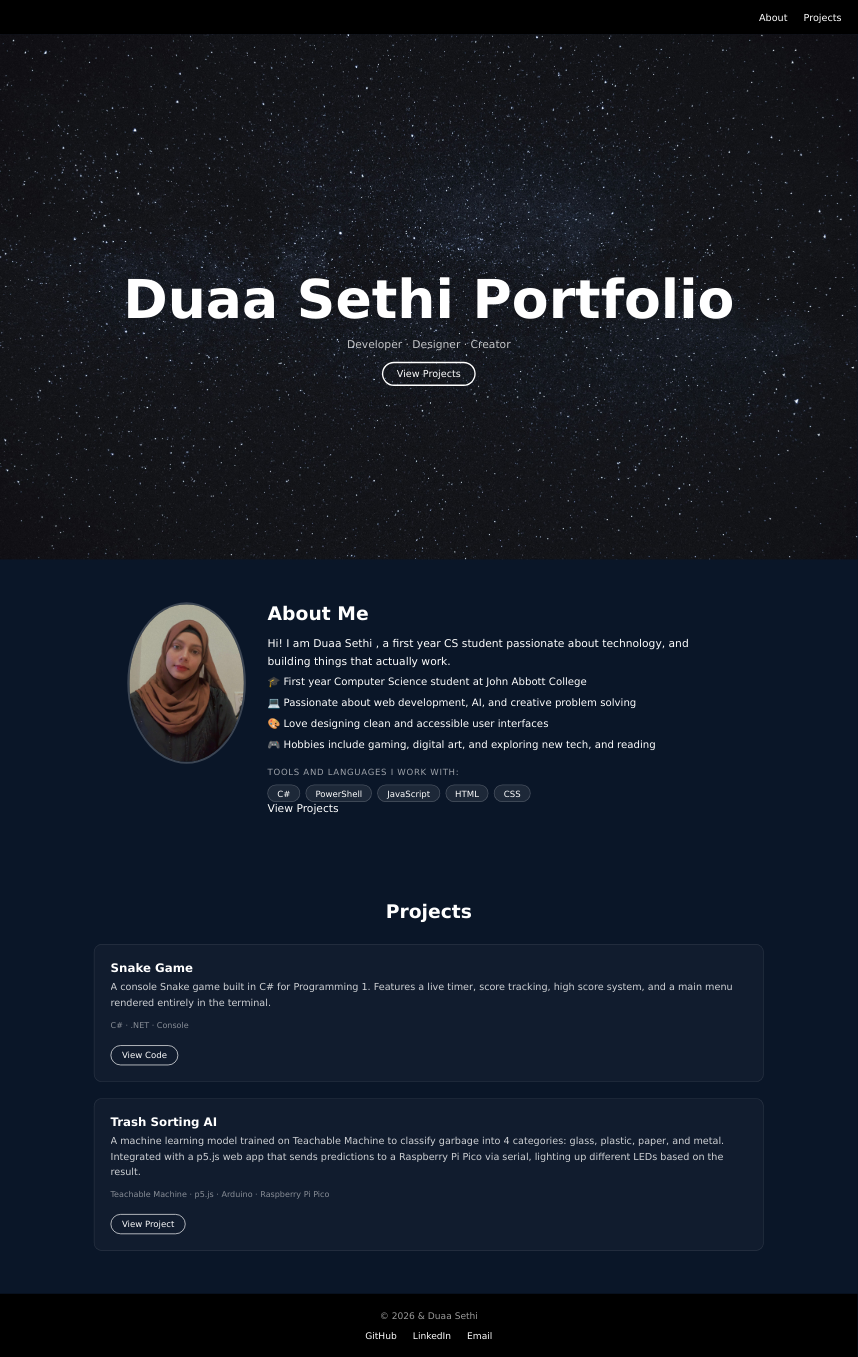
Repository: Duaa-Sethi/Duaa-Sethi
Page: index.html
The author's editor kept a copy of each file at every save. The page is drawn from the files as they stood at one save, then again after the next save.
The browser window is 1280 px wide. The pictures show the whole page, at 67% of full size.
Some web fonts or font styles are not loaded; a fallback is used.

Above is the page before, as saved 2026-05-04 17:49:07.

### index.html
<!doctype html>
<html lang="en">
  <head>
    <meta charset="UTF-8" />
    <meta name="viewport" content="width=device-width, initial-scale=1.0" />
    <title>Dua Portfolio</title>
    <link rel="stylesheet" href="./styles/index.css" />
    <link rel="stylesheet" href="./styles/globals.css" />
  </head>
  <body>
    <!-- NAV -->
    <nav>
      <ul>
        <li><a href="#about">About</a></li>
        <li><a href="#projects">Projects</a></li>
      </ul>
    </nav>

    <!-- HERO -->
    <section class="hero">
      <article>
        <h1>Duaa Sethi Portfolio</h1>
        <p>Developer · Designer · Creator</p>
        <a href="#Projects">View Projects</a>
      </article>
    </section>

    <!-- ABOUT -->
    <section class="about" id="about">
      <img src="./assets/images/Dua Sethi.jpeg" alt="Photo of Duaa Sethi" />
      <div class="about-text">
        <h2>About Me</h2>
        <p class="about-intro">
          Hi! I am Duaa Sethi , a first year CS student passionate about
          technology, and building things that actually work.
        </p>

        <ul class="about-list">
          <li>🎓 First year Computer Science student at John Abbott College</li>
          <li>
            💻 Passionate about web development, AI, and creative problem
            solving
          </li>
          <li>🎨 Love designing clean and accessible user interfaces</li>
          <li>
            🎮 Hobbies include gaming, digital art, and exploring new tech, and
            reading
          </li>
        </ul>

        <p class="tools-label">Tools and languages I work with:</p>
        <ul class="tools-list">
          <li>C#</li>
          <li>PowerShell</li>
          <li>JavaScript</li>
          <li>HTML</li>
          <li>CSS</li>
        </ul>
        <a href="#projects" class="projects-btn">View Projects</a>
      </div>
    </section>

    <!-- PROJECTS -->
    <section class="projects" id="projects">
      <h2>Projects</h2>
      <div class="cards">
        <article class="card">
          <h3>Snake Game</h3>
          <p>
            A console Snake game built in C# for Programming 1. Features a live
            timer, score tracking, high score system, and a main menu rendered
            entirely in the terminal.
          </p>
          <p class="tech">C# · .NET · Console</p>
          <a
            href="https://github.com/Duaa-Sethi/Programming1-project-Dua-Sethi"
            target="_blank"
            >View Code</a
          >
        </article>
        <article class="card">
          <h3>Trash Sorting AI</h3>
          <p>
            A machine learning model trained on Teachable Machine to classify
            garbage into 4 categories: glass, plastic, paper, and metal.
            Integrated with a p5.js web app that sends predictions to a
            Raspberry Pi Pico via serial, lighting up different LEDs based on
            the result.
          </p>
          <p class="tech">
            Teachable Machine · p5.js · Arduino · Raspberry Pi Pico
          </p>
          <a
            href="https://editor.p5js.org/duairfansethi/full/mdRLpCkG2"
            target="_blank"
            >View Project</a
          >
        </article>
      </div>
    </section>

    <footer>
      <p>© 2026 & Duaa Sethi</p>
      <ul class="footer-links">
        <ul class="footer-links">
          <li><a href="https://github.com/Duaa-Sethi">GitHub</a></li>
          <li>
            <a
              href="https://www.linkedin.com/in/dua-irfan-sethi-32944838b/"
              target="_blank"
              >LinkedIn</a
            >
          </li>
          <li>
            <a href="mailto:duairfansethi@gmail.com">Email</a>
          </li>
        </ul>
      </ul>
    </footer>
  </body>
</html>

### styles/index.css
body {
  background-color: #0a1628;
}

/* NAV */
nav {
  position: sticky;
  top: 0;
  background-color: black;
  padding: 0 1.5rem;
}

nav ul {
  display: flex;
  justify-content: flex-end;
  gap: 1.5rem;
  padding: 1rem 0;
}

nav ul li a {
  font-size: 0.9rem;
}

.hero {
  display: flex;
  align-items: center;
  justify-content: center;
  text-align: center;
  min-height: 100vh;
  padding: 2rem 1.5rem;

  /* dont memorize, copy paste background defs */
  background-image: url(../assets/images/kai-pilger-Ef6iL87-vOA-unsplash.jpg);
  background-size: cover;
  background-position: center;
  background-repeat: no-repeat;
}

.hero h1 {
  font-size: 2rem;
  margin-bottom: 0.75rem;
}

.hero p {
  font-size: 1rem;
  opacity: 0.75;
  margin: 0 0 1.5rem 0;
}

.hero a {
  border: 2px solid white;
  padding: 0.5rem 1.25rem;
  border-radius: 20px;
  font-size: 0.9rem;
}

.hero a:hover {
  background-color: white;
  color: #0a1628;
  text-decoration: none;
}

/* ABOUT */
.about {
  display: flex;
  align-items: flex-start;
  gap: 1.5rem;
  padding: 3rem 1.5rem;
  text-align: center;
}

.about img {
  max-width: 25%;

  border-radius: 50%;
  overflow: hidden;
  display: inline-block;
  vertical-align: middle;
  border: 3px solid rgba(255, 255, 255, 0.2);
}

.about h2 {
  font-size: 1.75rem;
  margin-bottom: 1rem;
}

.about p {
  margin: 0 0 0.5rem 0;
  line-height: 1.6;
}
.about-intro {
  display: none;
}

.about-list {
  display: flex;
  flex-direction: column;
  gap: 0.5rem;
  text-align: left;
  margin-bottom: 1.25rem;
}

.about-list li {
  font-size: 0.95rem;
  line-height: 1.5;
}

.tools-label {
  font-size: 0.8rem;
  opacity: 0.6;
  text-transform: uppercase;
  letter-spacing: 0.08em;
  text-align: left;
  margin-bottom: 0.5rem;
}

.tools-list {
  display: flex;
  flex-wrap: wrap;
  gap: 0.5rem;
  text-align: left;
}

.tools-list li {
  background-color: rgba(255, 255, 255, 0.08);
  border: 1px solid rgba(255, 255, 255, 0.2);
  border-radius: 20px;
  padding: 0.3rem 0.85rem;
  font-size: 0.8rem;
}
/* PROJECTS */
.projects {
  padding: 4rem 1.5rem;
  text-align: center;
}
.projects h2 {
  font-size: 1.75rem;
  margin-bottom: 2rem;
}

.cards {
  display: flex;
  flex-direction: column;
  gap: 1.5rem;
}
.card {
  background-color: #111c2e;
  border: 1px solid rgba(255, 255, 255, 0.1);
  border-radius: 12px;
  padding: 1.5rem;
  text-align: left;
}

.card:hover {
  border-color: rgba(255, 255, 255, 0.4);
}

.card h3 {
  font-size: 1.1rem;
  margin-bottom: 0.5rem;
}

.card p {
  font-size: 0.9rem;
  line-height: 1.6;
  opacity: 0.8;
  margin: 0 0 0.5rem 0;
}

.card .tech {
  font-size: 0.75rem;
  opacity: 0.5;
  margin: 0.75rem 0;
}

.card a {
  display: inline-block;
  border: 1px solid white;
  padding: 0.4rem 1rem;
  border-radius: 20px;
  font-size: 0.8rem;
  margin-top: 0.5rem;
}

.card a:hover {
  background-color: white;
  color: #0a1628;
  text-decoration: none;
}

.projects-btn:hover {
  background-color: white;
  color: #0a1628;
  text-decoration: none;
}
/* FOOTER */

footer {
  text-align: center;
  padding: 1.5rem;
  background-color: black;
}
footer p {
  font-size: 0.85rem;
  opacity: 0.6;
  margin: 0 0 0.75rem 0;
}

.footer-links {
  display: flex;
  justify-content: center;
  gap: 1.5rem;
}

.footer-links a {
  font-size: 0.85rem;
}
/* Small screen like mobile */
@media only screen and (min-width: 600px) {
  .hero h1 {
    font-size: 4rem;
  }
  .about-intro {
    display: block;
  }

  .about {
    flex-direction: row;
    align-items: flex-start;
    text-align: left;
    max-width: 800px;
    margin: 0 auto;
    padding: 4rem 1.5rem;
    gap: 2rem;
  }
  .about img {
    width: 25%;
    max-width: 200px;
  }
  .cards {
    flex-direction: row;
    flex-wrap: wrap;
    justify-content: center;
  }
}
/* desktop /laptop devices 992 px and > */
@media only screen and (min-width: 992px) {
  .hero h1 {
    font-size: 5rem;
  }
  .projects {
    max-width: 1000px;
    margin: 0 auto;
  }

  .about {
    max-width: 900px;
  }
}

### styles/globals.css
/* FONT DEFS */
@font-face {
  font-family: "main font";
  src: url(../assets/fonts/NewsCycle-Regular.ttf);
}

/* CROSS PAGE STYLES */
body {
  font-family: "main font", Verdana, sans-serif;
  color: white;
  margin: 0;
}

h1 {
  font-weight: bold;
  font-size: 1.5rem;
}

a {
  text-decoration: none;
  color: white;
}
h2,
h3 {
  margin: 0;
}
a:hover {
  text-decoration: underline;
}
ul {
  list-style: none;
  padding: 0;
  margin: 0;
}

After the next save:
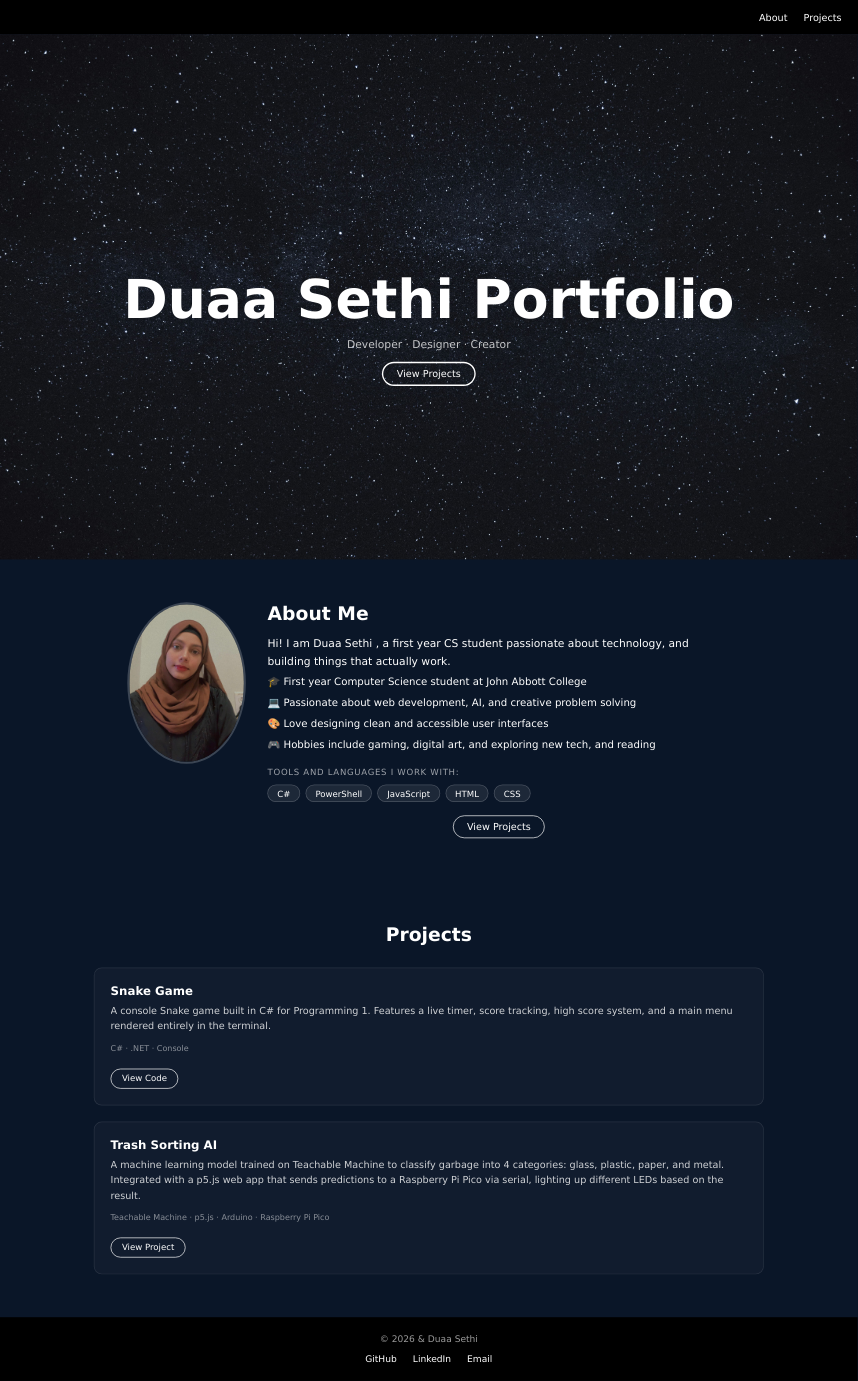
Saved 19 s later.
--- a/styles/index.css
+++ b/styles/index.css
@@ -186,6 +186,16 @@
   background-color: white;
   color: #0a1628;
   text-decoration: none;
+}
+
+.projects-btn {
+  display: block;
+  width: fit-content;
+  margin: 1.25rem auto 0 auto;
+  border: 1px solid white;
+  padding: 0.5rem 1.25rem;
+  border-radius: 20px;
+  font-size: 0.9rem;
 }
 
 .projects-btn:hover {

After the save that followed:
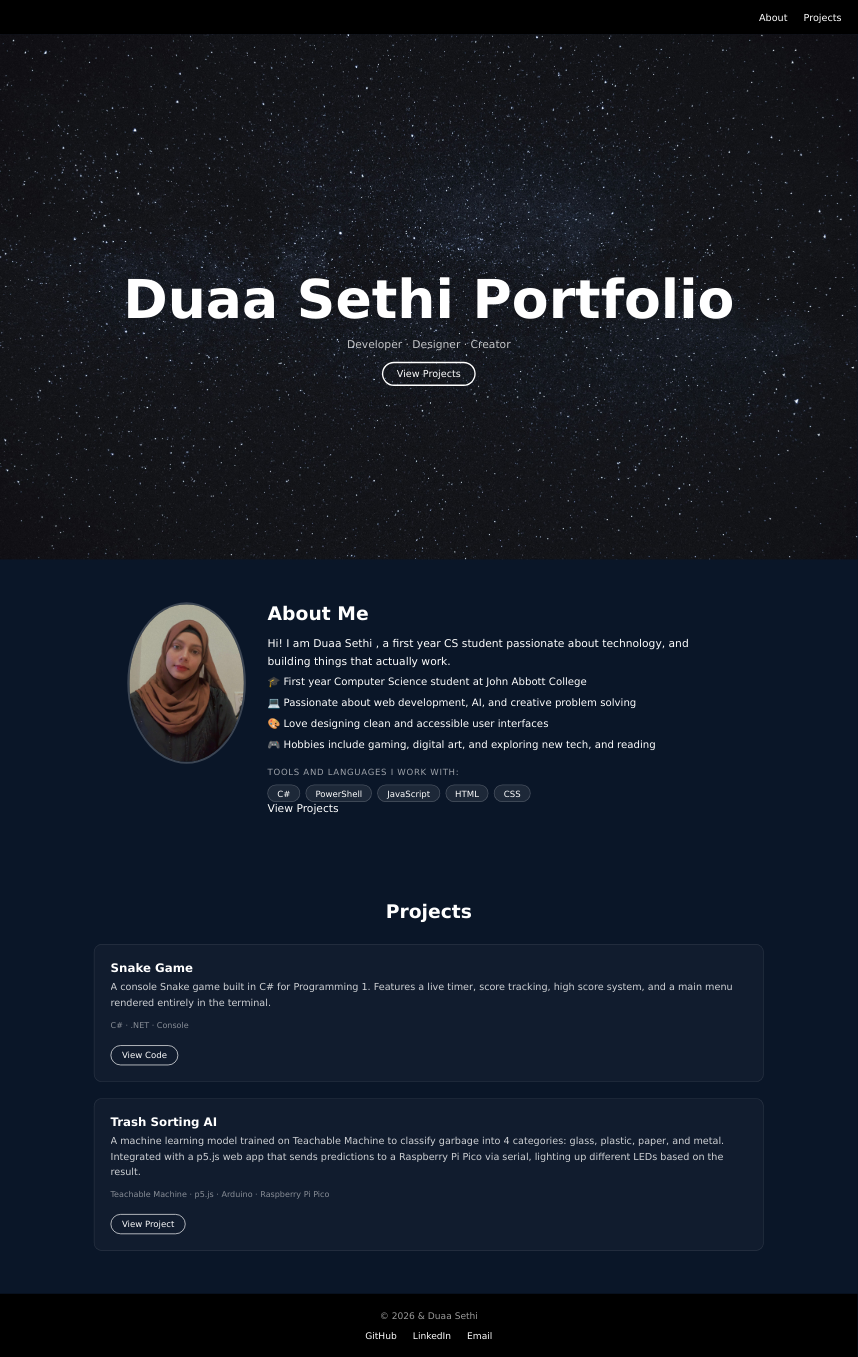
Saved 41 s later.
--- a/styles/index.css
+++ b/styles/index.css
@@ -188,21 +188,6 @@
   text-decoration: none;
 }
 
-.projects-btn {
-  display: block;
-  width: fit-content;
-  margin: 1.25rem auto 0 auto;
-  border: 1px solid white;
-  padding: 0.5rem 1.25rem;
-  border-radius: 20px;
-  font-size: 0.9rem;
-}
-
-.projects-btn:hover {
-  background-color: white;
-  color: #0a1628;
-  text-decoration: none;
-}
 /* FOOTER */
 
 footer {
